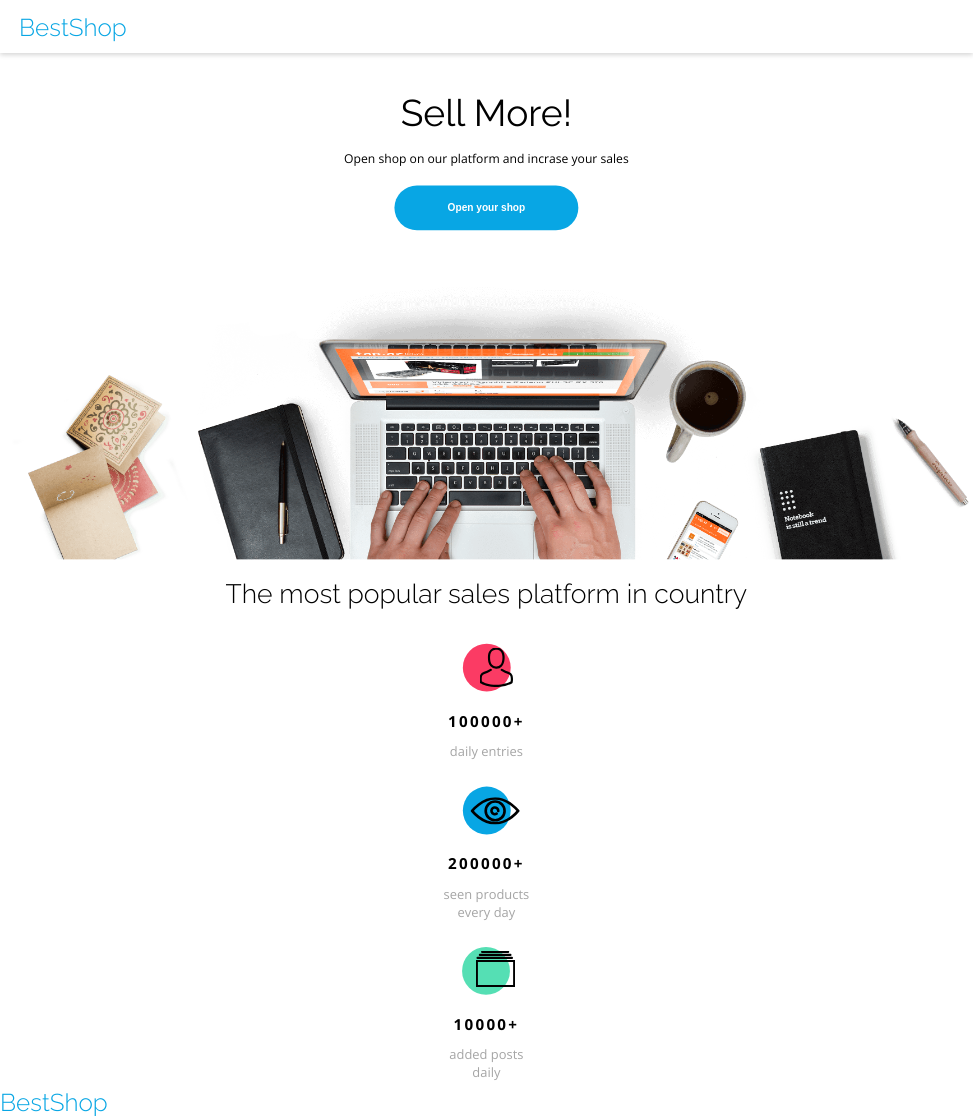
Repository: artwol993/BestShop
Page: index.html
The author's editor kept a copy of each file at every save. The page is drawn from the files as they stood at one save, then again after the next save.
The browser window is 1280 px wide. The pictures show the whole page, at 76% of full size.
The style sheet was rebuilt from its Sass, Less or Tailwind sources for each picture, by a compiler version that may differ from the author's.

Above is the page before, as saved 2020-05-28 20:52:48.

After the next save:
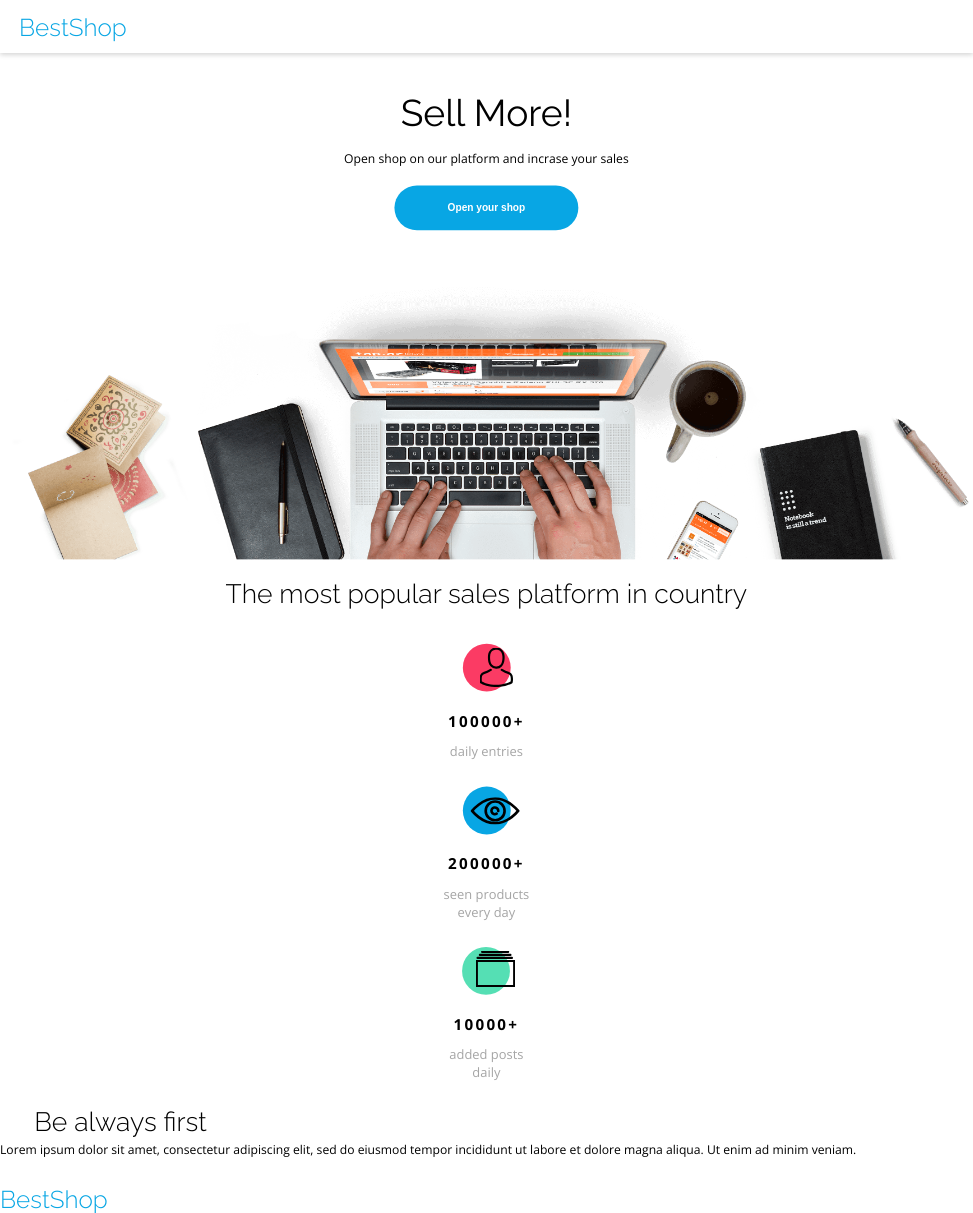
Saved 2 min 42 s later.
--- a/index.html
+++ b/index.html
@@ -77,9 +77,14 @@
 
                 <section class="profits">
                     <div class="profits__container">
-                        <div class="profits__box"></div>
-                        <div class="profits__box"></div>
-                        <div class="profits__box"></div>
+                        <div class="profits__box">
+                            <img src="" alt="">
+                            <h2>Be always first</h2>
+                            <p>Lorem ipsum dolor sit amet, consectetur adipiscing elit, sed do eiusmod tempor incididunt ut labore et dolore magna aliqua. Ut enim ad minim veniam.</p>
+                        </div>
+                        <div class="profits__box"><img src="" alt=""></div>
+                        <div class="profits__box"><img src="" alt=""></div>
+
                     </div>
                 </section>
 
